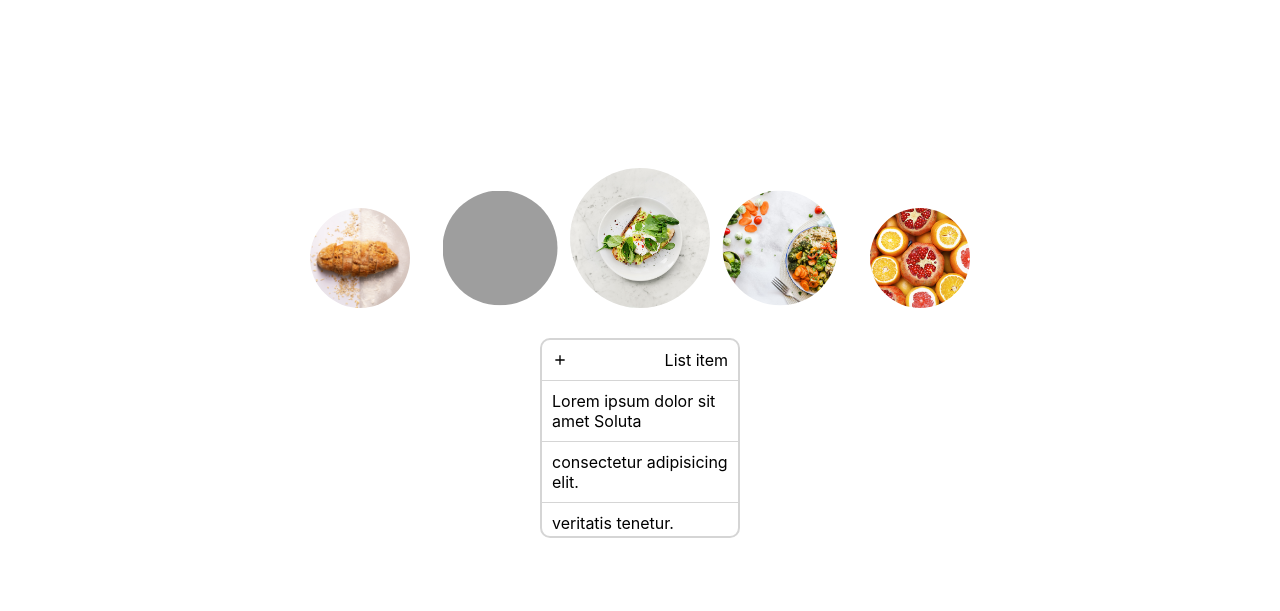
Repository: nambui98/slider
Page: /
These files come from the project's save history. The page is drawn as it stood at one moment and after the next save; the edit follows.
The browser window is 1280 px wide. The pictures show the whole page.
Pictures or frames that could not be fetched are drawn as grey boxes. The project was rebuilt for these pictures with package versions that can differ from the ones it lists, and the page was loaded fresh each time. Also part of the build but not shown: vite.config.ts.

Above is the page before, as saved 2022-04-12 14:22:40.

### src/App.tsx
import { useState } from 'react'
import Horizolsider from './components/horizolslider/Horizolsider'
import logo from './logo.svg'
import './App.css'
import "slick-carousel/slick/slick.css";
import "slick-carousel/slick/slick-theme.css";
import image1 from './assets/images/pexels-daria-shevtsova-1095550.jpg'
import styled from 'styled-components';

function App() {
  const [count, setCount] = useState(0)
  const Item = styled.div`
    /* height: 150px; */
    margin-top: 50px;
    transition: all .3s;
    position: relative;
    img{
        object-fit: cover;
        margin: 0 auto;
        /* width: 100px;
        height: 100px; */
        width: 100px;
        height: 100px;
        border-radius: 50%;
        transition: all .3s;
    }
    /* .info{
        position: absolute;
    } */
    &.active{
        /* width: 150px;
        height: 100px; */
        /* height: 200px; */
        margin-top: 30px;
        img{

            /* width: 100%; */
            transform: scale(1.4)
        }
        .info{
            visibility: visible;
            transform: translateY(0px);
        }
    }
    &.near{
        /* width: 150px;
        height: 100px; */
        /* height: 200px; */
        margin-top: 40px;
        img{

            /* width: 100%; */
            transform: scale(1.15)
        }


    }
`
  return (
    <div className="App">
      <Horizolsider>
        {/* <ul>

          {

            [...Array(10).keys()].map((i, index) =>
              <li>

                <Item>
                  <img src={image1} alt="" />

                  <div className={`info `}>info
                  </div>
                </Item>
              </li>

            )
          }
        </ul> */}
      </Horizolsider>
    </div>
  )
}

export default App

### src/components/horizolslider/Horizolsider.tsx
import React, { useEffect, useRef, useState } from 'react'
import styled from 'styled-components'
import Slider from "react-slick";
import image1 from '../../assets/images/pexels-daria-shevtsova-1095550.jpg'
import image2 from '../../assets/images/pexels-ella-olsson-1640777.jpg'
import image3 from '../../assets/images/pexels-engin-akyurt-1435735.jpg'
import image4 from '../../assets/images/pexels-lisa-fotios-1279330.jpg'
import image5 from '../../assets/images/pexels-mariana-kurnyk-1775043.jpg'
import image6 from '../../assets/images/pexels-tijana-drndarski-3338681.jpg'

import { BiBasket, BiPlus } from "react-icons/bi";
type Props = {
    children: any
}
const listItem = [
    {
        id: 1,
        image: image1,
        info: [
            "Lorem ipsum dolor sit amet Soluta",
            "consectetur adipisicing elit. ",
            "veritatis tenetur.",
            "veritatis tenetur."
        ],
    },
    {
        id: 2,
        image: image2,
        info: [
            "1",
            "2"
        ],
    },
    {
        id: 3,
        image: image3,
        info: [
            "1",
            "2"
        ],
    },
    {
        id: 4,
        image: image4,
        info: [
            "1",
            "2"
        ],
    },
    {
        id: 5,
        image: image5,
        info: [
            "1",
            "2"
        ],
    }
    , {
        id: 6,
        image: image6,
        info: [
            "1",
            "2"
        ],
    }
]
const Wrapper = styled.div`
    width: 700px;

`
const Item = styled.div`
    /* height: 150px; */
    margin-top: 50px;
    transition: all .3s;
    position: relative;
    cursor: pointer;
    img{
        object-fit: cover;
        margin: 0 auto;
        /* width: 100px;
        height: 100px; */
        width: 100px;
        height: 100px;
        border-radius: 50%;
        transition: all .3s;
    }
    .info{
        width: 200px;
        border: 2px solid #d5d5d5;
        border-radius: 10px;
        height: 200px;
        transition: transform 1000s;
        visibility: hidden;
        margin-top: 50px;
        margin-left: -30px;
            overflow-y: scroll;

        ul{
            list-style: none;
            p{
                padding: 10px;
            }
            li{
                padding: 10px;
                border-bottom: 1px solid #d5d5d5;
            }
        }
        &__title{
            display: flex;
            justify-content: space-between;
            align-items: center;
            padding: 10px;
            border-bottom: 1px solid #d5d5d5;
        }
    }
    &.active{
        margin-top: 30px;
        img{
            transform: scale(1.4)
        }
        .info{
            visibility: visible;
            transform: translateY(0px);
        }
    }
    &.near{
        margin-top: 40px;
        img{
            transform: scale(1.15)
        }


    }
`
const Horizolsider = (props: Props) => {
    const [activeIndex, setActiveIndex] = useState<number>(0);
    const [activeIndex2, setActiveIndex2] = useState<number>(0);
    const settings = {
        className: "listItem",
        dots: false,
        infinite: true,
        speed: 500,
        slidesToShow: 5,
        slidesToScroll: 1,
        centerMode: true,
        focusOnSelect: true,
        centerPadding: '0px',
        beforeChange: (current: any, next: any) => {
            setActiveIndex(next)
        },
    };

    return (
        <div style={{ display: "flex", height: "100vh", flexDirection: "column", justifyContent: "center", alignItems: "center" }}>
            <Wrapper>
                <Slider {...settings}>
                    {
                        listItem.map((item, index) =>
                            <Item className={`${index === activeIndex ? "active" : (activeIndex - index) === 1 || (index - activeIndex) === 1 || (index - activeIndex) + 1 === listItem.length || (index - activeIndex) === -(listItem.length - 1) ? "near" : ""}`}>
                                <img src={item.image} alt="" />

                                <div className={`info ${activeIndex === index && "active"}`}>
                                    <div className='info__title'><BiPlus /> List item</div>
                                    <ul>
                                        {
                                            item.info.map(i => <li>
                                                {i}
                                            </li>)
                                        }

                                    </ul>
                                </div>
                            </Item>
                        )
                    }
                </Slider>
            </Wrapper>
        </div >
    )
}
export default Horizolsider

### src/App.css
*{
  padding: 0;
  margin: 0;
  box-sizing: border-box;
}


/* ul{
  display: flex;
  justify-content: start;
  width: 700px;
  overflow-x: scroll;
  list-style: none;
}
ul li{
  width: 20%;
} */

Loaded but not shown: index.html (common file); src/main.tsx (common file); src/index.css (common file)

After the next save:
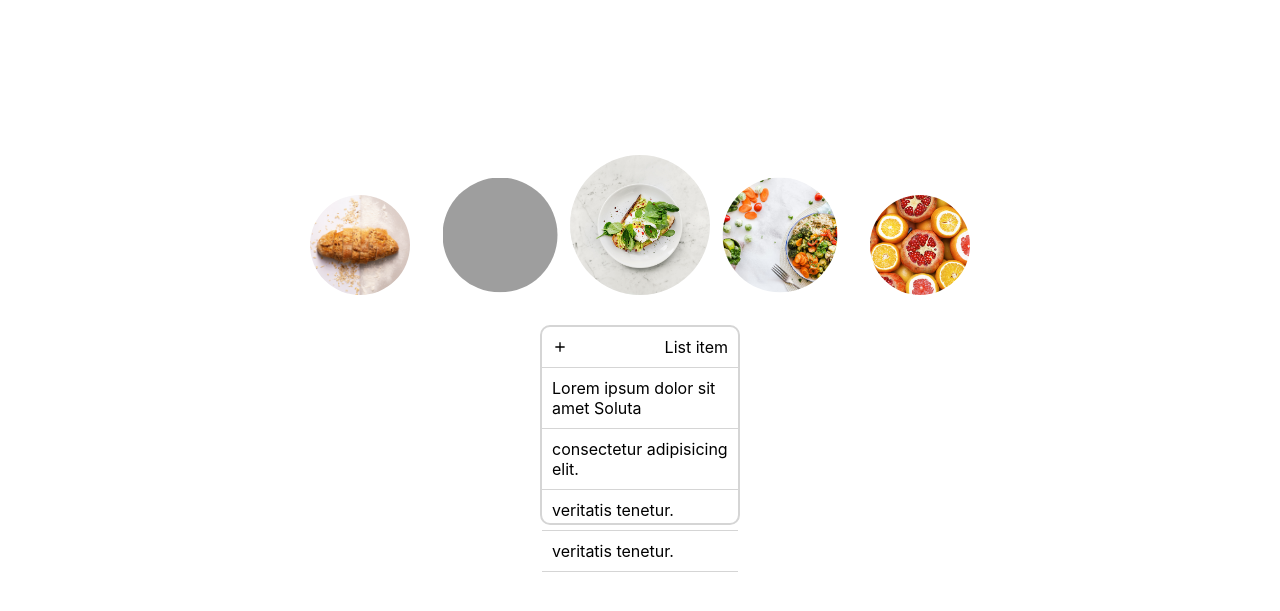
Saved 12 s later.
--- a/src/components/horizolslider/Horizolsider.tsx
+++ b/src/components/horizolslider/Horizolsider.tsx
@@ -93,7 +93,6 @@ const Item = styled.div`
         visibility: hidden;
         margin-top: 50px;
         margin-left: -30px;
-            overflow-y: scroll;
 
         ul{
             list-style: none;
@@ -103,6 +102,8 @@ const Item = styled.div`
             li{
                 padding: 10px;
                 border-bottom: 1px solid #d5d5d5;
+            overflow-y: scroll;
+
             }
         }
         &__title{
